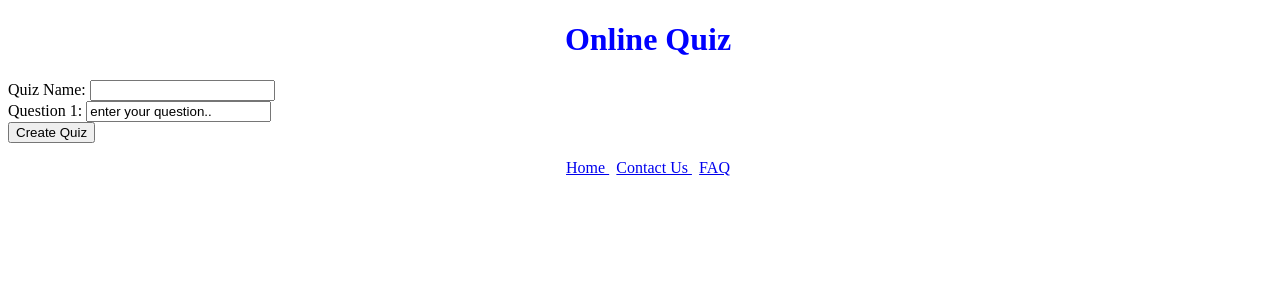
Repository: KaushikVeluruWorld/KaushikJava
Page: http://localhost/OnlineQuiz/newquiz.jsp
An editor plug-in stored every save of this project. The page is shown before and after the next save, followed by the edit.
The browser window is 1280 px wide. The page is 1288 px wide, so the pictures cover 1288 px, including what lies to the right of the window. The pictures show the whole page.
The page is served by Tomcat 9.

Above is the page before, as saved 2015-03-05 11:09:35.

After the next save:
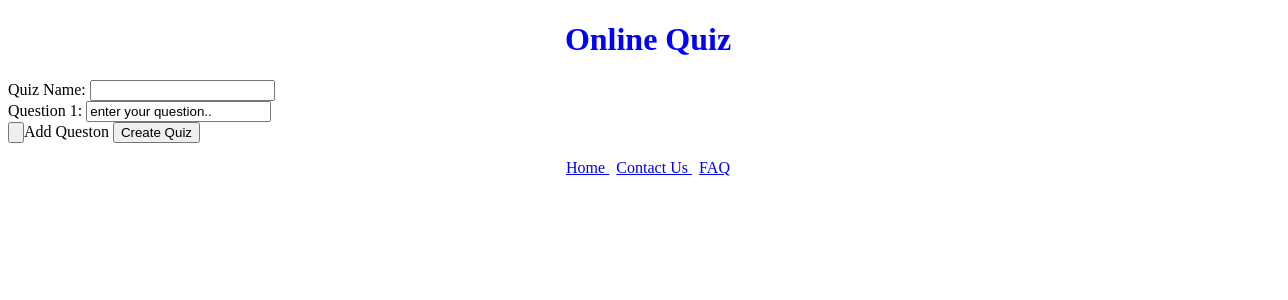
Saved 74 s later.
--- a/Online Quiz Tool/OnlineQuiz/WebContent/newquiz.jsp
+++ b/Online Quiz Tool/OnlineQuiz/WebContent/newquiz.jsp
@@ -13,6 +13,8 @@
 Quiz Name: <input name="quizname" type="text"></input> <br/>
 Question 1: <input type="text" name="qn1" value="enter your question.."/><br/>
 
+<input type="button" name="addQnButton">Add Queston</input>
+
 <input type="submit" value="Create Quiz">
 </form>
 
